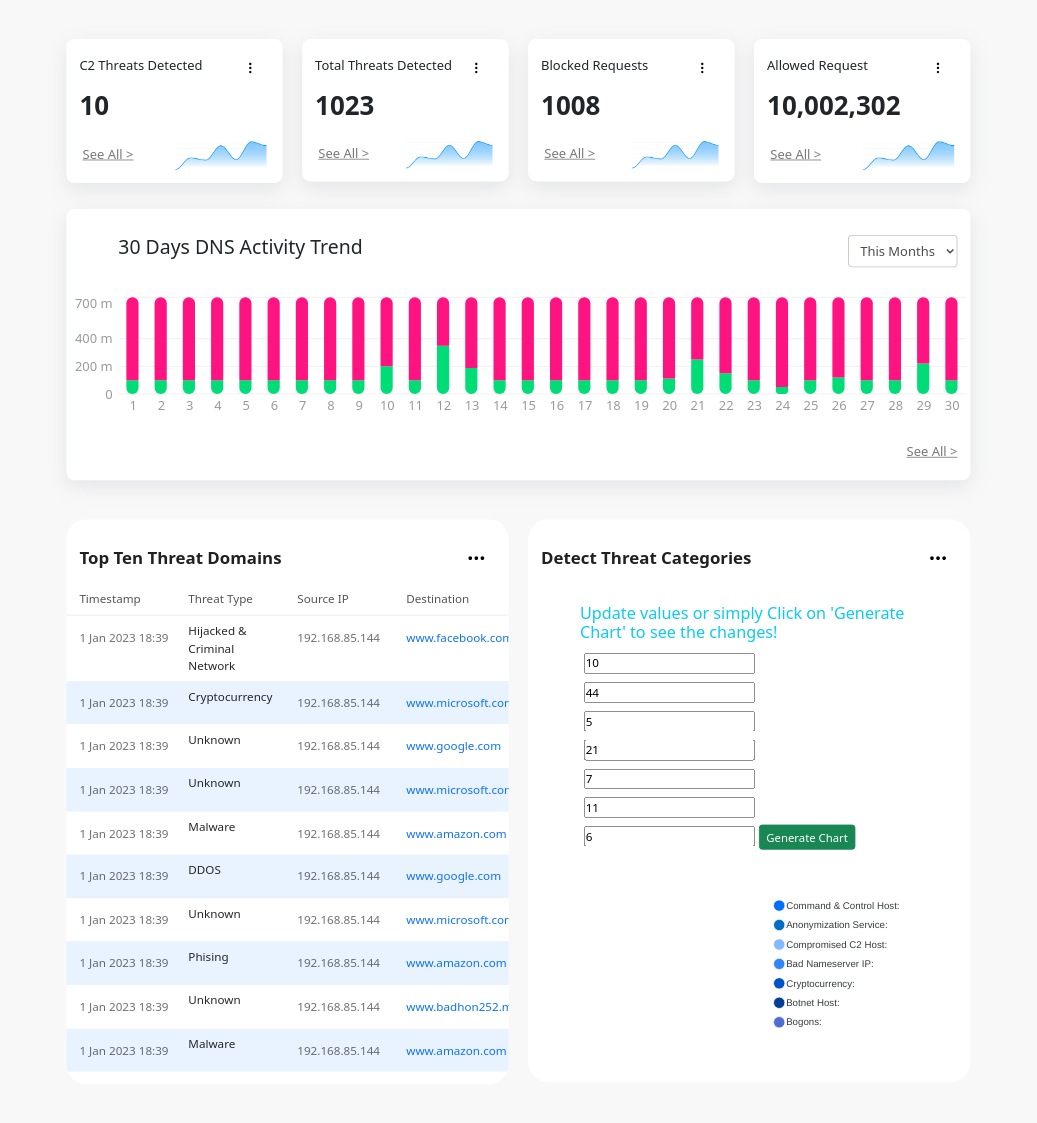
Repository: badhon252/dashboard
Page: /
The author's editor kept a copy of each file at every save. The page is drawn from the files as they stood at one save, then again after the next save.
The browser window is 1280 px wide. The pictures show the whole page, at 81% of full size.
The project was rebuilt for these pictures with package versions that can differ from the ones it lists, and the page was loaded fresh each time. Also part of the build but not shown: vite.config.js.

Above is the page before, as saved 2023-01-30 16:30:33.

After the next save:
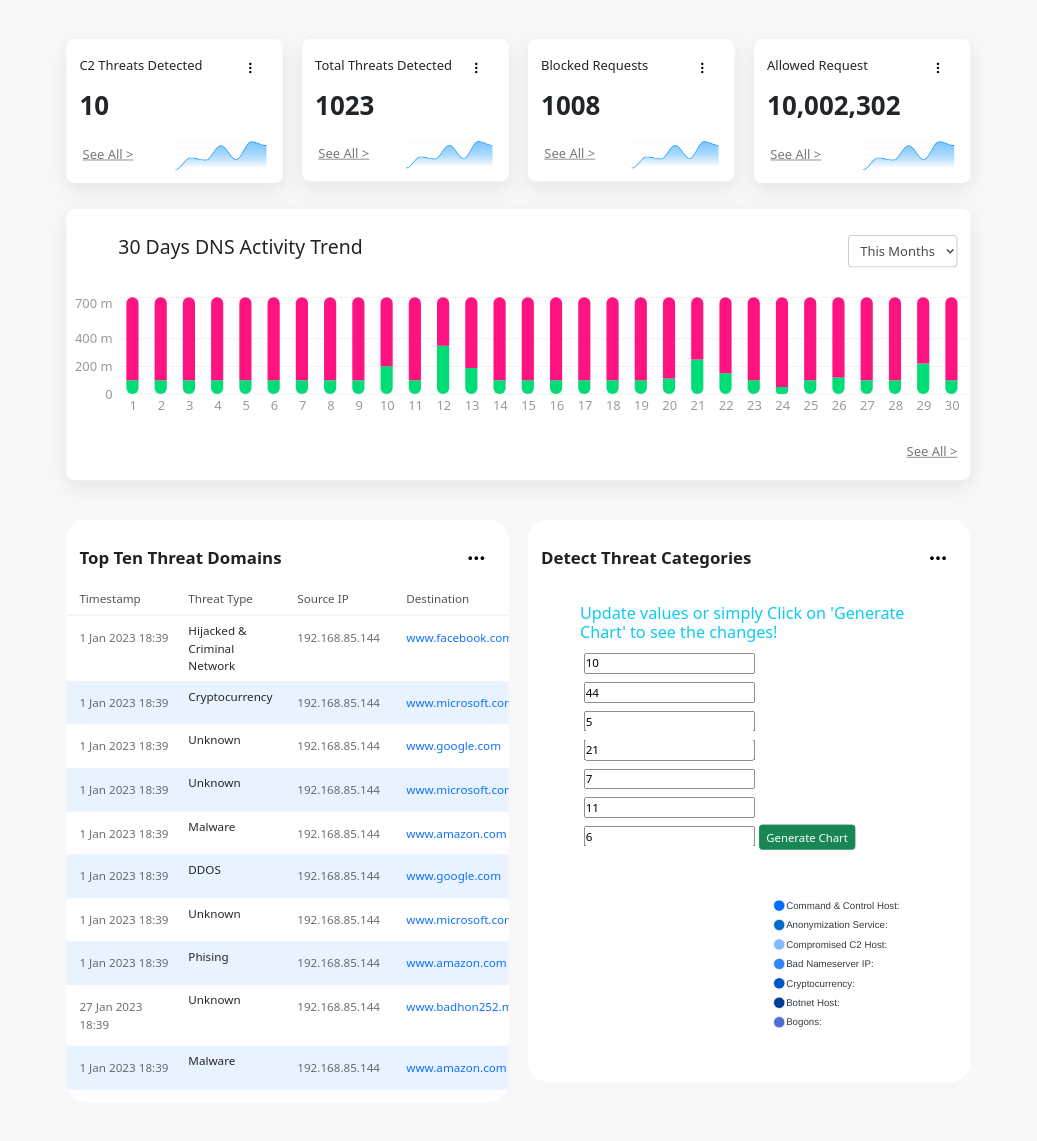
Saved 41 s later.
--- a/src/Components/Analysis/DomainInfo.jsx
+++ b/src/Components/Analysis/DomainInfo.jsx
@@ -73,7 +73,7 @@ const DomainInfo = ({ icon }) => {
         destination="www.amazon.com"
       />
       <DomainThreat
-        timestamp="1 Jan 2023 18:39"
+        timestamp="27 Jan 2023 18:39"
         sourseIp="192.168.85.144"
         destination="www.badhon252.me"
       />
